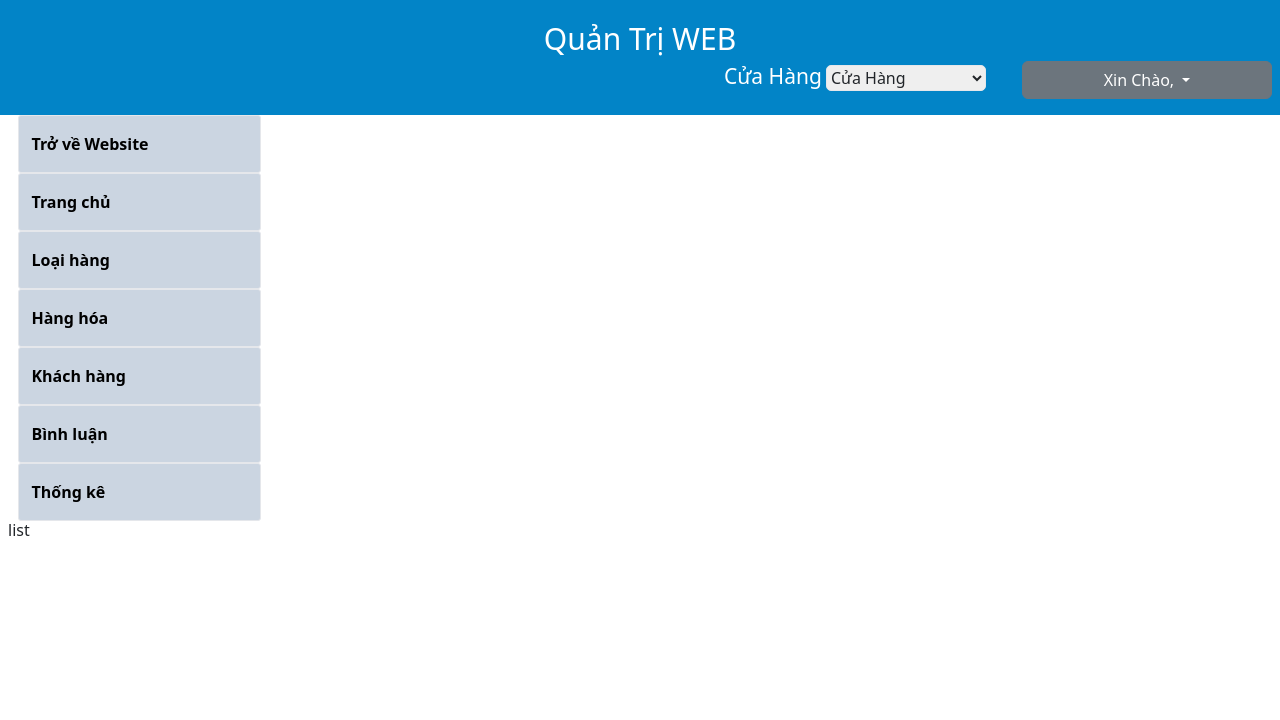
Repository: Leduc20/Website-Shopping-Clothes-Men-master
Page: http://localhost/webbanhang/admin/?list-danh-muc
The author's editor kept a copy of each file at every save. The page is drawn from the files as they stood at one save, then again after the next save.
The browser window is 1280 px wide. The pictures show the whole page.
Some web fonts or font styles are not loaded; a fallback is used. Some web libraries are served in a nearby version. The page is run by PHP 8.4 with error messages shown; the project is at /var/www/html/.

Above is the page before, as saved 2022-11-14 17:45:05.

### admin/index.php
<?php
    require_once '../global.php';
    require_once '../model/pdo.php';
    if(isset($_GET['list-danh-muc'])){
        $VIEW_NAME = './danh-muc/danh-sach.php';
    }
    // elseif(isset($_GET['danh-muc'])){
    //     $VIEW_NAME = 'danh-muc.php';
    // }
    else{
        $VIEW_NAME = 'trang-chu.php';
    }

    include_once '../admin/layout.php';
?>
<img src="" alt="">

### global.php
<?php

function dd(){
    echo "<pre>";
    $args = func_get_args();
    var_dump($args);
    die;
}


const BASE_URL = "http://localhost/WEBBANHANG/";
const SITE_URL = BASE_URL . "site/index.php";
const ADMIN_BASE = BASE_URL . 'admin/';


?>

### model/pdo.php
<?php
const DBNAME = "mvc";
const DBUSER = "root";
const DBPASS = "";
const DBCHARSET = "utf8";
const DBHOST = "127.0.0.1";

// tạo kết nối từ project php sang mysql
function getConnect(){
    $connect = new PDO("mysql:host=" . DBHOST
                        . ";dbname=" . DBNAME
                        . ";charset=" . DBCHARSET,
                        DBUSER,
                        DBPASS
            );
    return $connect;
}



function pdo_query_all($query){
    // select * from users where email = ? or role_id = ?

    $args = func_get_args();
    $args = array_slice($args, 1);

    $conn = getConnect();

    $stmt = $conn->prepare($query);
    $stmt->execute($args);
    $data = $stmt->fetchAll();
    if(count($data) > 0){
        return $data;
    }

    return [];

}


function pdo_query_one($query){
    // select * from users where email = ? or role_id = ?

    $args = func_get_args();
    $args = array_slice($args, 1);

    $conn = getConnect();

    $stmt = $conn->prepare($query);
    $stmt->execute($args);
    $data = $stmt->fetch();
    if(count($data) > 0){
        return $data;
    }
    return null;

}


function pdo_execute_get_id($query){

    $args = func_get_args();
    $args = array_slice($args, 1);

    $conn = getConnect();

    $stmt = $conn->prepare($query);
    $stmt->execute($args);
    $lastId =  $conn->lastInsertId();
    return $lastId;
}


function pdo_execute($query){

    $args = func_get_args();
    $args = array_slice($args, 1);

    $conn = getConnect();

    $stmt = $conn->prepare($query);
    $stmt->execute($args);

}
?>

### admin/layout.php
<!DOCTYPE html>
<html lang="en">

<head>
    <meta charset="UTF-8">
    <meta http-equiv="X-UA-Compatible" content="IE=edge">
    <meta name="viewport" content="width=device-width, initial-scale=1.0">
    <title>Show_Product</title>
    <script src="https://cdn.tailwindcss.com"></script>
    <link rel="stylesheet" href="https://cdn.jsdelivr.net/npm/bootstrap@5.2.0/dist/css/bootstrap.min.css">
    <script src="https://cdn.jsdelivr.net/npm/bootstrap@5.2.0/dist/js/bootstrap.bundle.min.js"></script>
    <link rel="stylesheet" href="../public/icon/fontawesome-free-6.1.1-web/css/all.min.css">
    <script src="https://ajax.aspnetcdn.com/ajax/jQuery/jquery-3.2.1.min.js"></script>
    <script src="http://ajax.aspnetcdn.com/ajax/jquery.validate/1.9/jquery.validate.min.js" type="text/javascript"></script>
</head>

<body>
    <section class="bg-sky-600 py-3 px-2">
        <?php include_once $VIEW_NAME = 'header.php'; ?>
    </section>
    <section class="px-2">
        <div>
            <?php include_once $VIEW_NAME = 'menu.php'; ?>
        </div>
        <div>
            <h2>list</h2>
            <main>
                <?php include_once $VIEW_NAME ?>
            </main>
        </div>
    </section>
</body>

</html>

### admin/header.php
<p class="text-center text-white text-[30px]">Quản Trị WEB</p>
        <div class="flex justify-end">
            <form action="">
                <span class="text-white text-[21px]">Cửa Hàng</span>
                <select name="" id="" class="border-[1px] w-[160px] rounded-[5px]">
                    <option value="">Cửa Hàng</option>
                    <option value="">A</option>
                    <option value="">b</option>
                    <option value="">c</option>
                </select>
            </form>
            <div class="dropdown ml-9 w-[250px]">
                <span class="btn btn-secondary dropdown-toggle w-[250px]" href="#" role="button" data-bs-toggle="dropdown" aria-expanded="false">

                    Xin Chào,<?php
                                if (isset($_SESSION['user'])) {
                                    extract($_SESSION['user']);
                                    echo '<span class="">' . $name . '</span>';
                                }

                                ?>
                </span>

                <ul class="dropdown-menu">
                    <li><a class="dropdown-item" href="#"><i class="fa-solid fa-user"></i>Tài khoản</a></li>
                    <li><a class="dropdown-item" href="index.php?act=thoat"><i class="fa-solid fa-arrow-right-from-bracket"></i>Thoát</a></li>

                </ul>
            </div>
        </div>

### admin/menu.php
<div class="w-[20%]">
            <ul>
                <li class="ml-[10px] py-3 ml-1 border-[1px] bg-slate-300 rounded-[3px] font-bold hover:bg-white">
                    <a class="no-underline text-black" href="<?= SITE_URL . "?list-danh-muc"?>"><i class="fa-solid fa-house"></i>Trở về Website</a>
                </li>
                <li class="ml-[10px] py-3 ml-1 border-[1px] bg-slate-300 rounded-[3px] font-bold hover:bg-white">
                    <a class="no-underline text-black" href="index.php"><i class="fa-solid fa-store"></i>Trang chủ</a>
                </li>
                <li class="ml-[10px] py-3 ml-1 border-[1px] bg-slate-300 rounded-[3px] font-bold hover:bg-white">
                    <a class="no-underline text-black" href="<?= ADMIN_BASE . "?list-danh-muc"?>"><i class="fa-solid fa-list"></i>Loại hàng</a>
                </li>
                <li class="ml-[10px] py-3 ml-1 border-[1px] bg-slate-300 rounded-[3px] font-bold hover:bg-white">
                    <a class="no-underline text-black" href="index.php?act=addhh"><i class="fa-solid fa-cart-shopping"></i>Hàng hóa</a>
                <li class="ml-[10px] py-3 ml-1 border-[1px] bg-slate-300 rounded-[3px] font-bold hover:bg-white">
                    <a class="no-underline text-black" href="index.php?act=addkh"><i class="fa-solid fa-users"></i>Khách hàng</a>
                </li>
                <li class="ml-[10px] py-3 ml-1 border-[1px] bg-slate-300 rounded-[3px] font-bold hover:bg-white">
                    <a class="no-underline text-black" href="index.php?act=dsbl"><i class="fa-solid fa-comments"></i>Bình luận</a>
                </li>
                <li class="ml-[10px] py-3 ml-1 border-[1px] bg-slate-300 rounded-[3px] font-bold hover:bg-white">
                    <a class="no-underline text-black" href="index.php?act=dstk"><i class="fa-solid fa-chart-simple"></i>Thống kê</a>
                </li>
            </ul>
        </div>

Loaded but not shown: site/src/font/css/all.min.css (library)

After the next save:
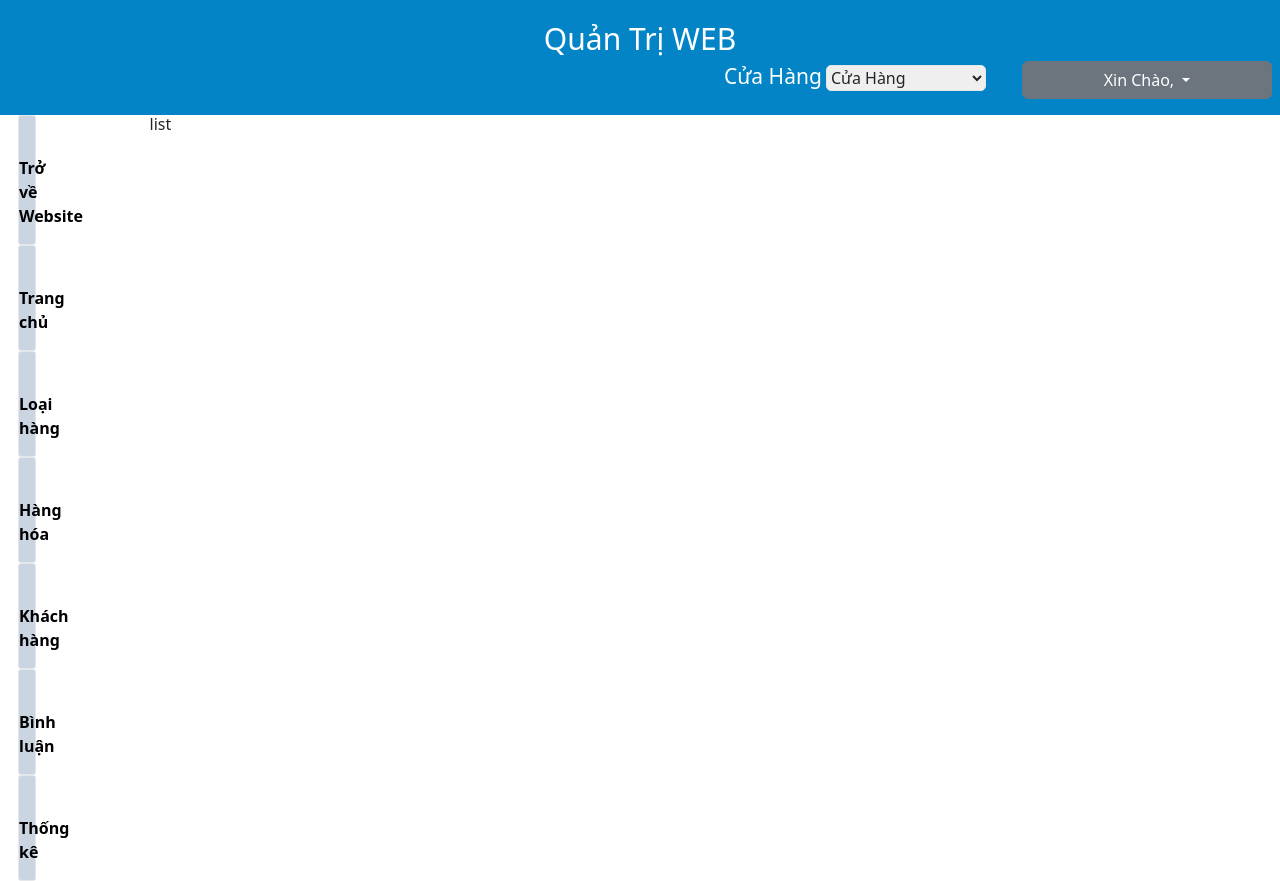
Saved 12 s later.
--- a/admin/layout.php
+++ b/admin/layout.php
@@ -18,7 +18,7 @@
     <section class="bg-sky-600 py-3 px-2">
         <?php include_once $VIEW_NAME = 'header.php'; ?>
     </section>
-    <section class="px-2">
+    <section class="flex px-2">
         <div>
             <?php include_once $VIEW_NAME = 'menu.php'; ?>
         </div>
